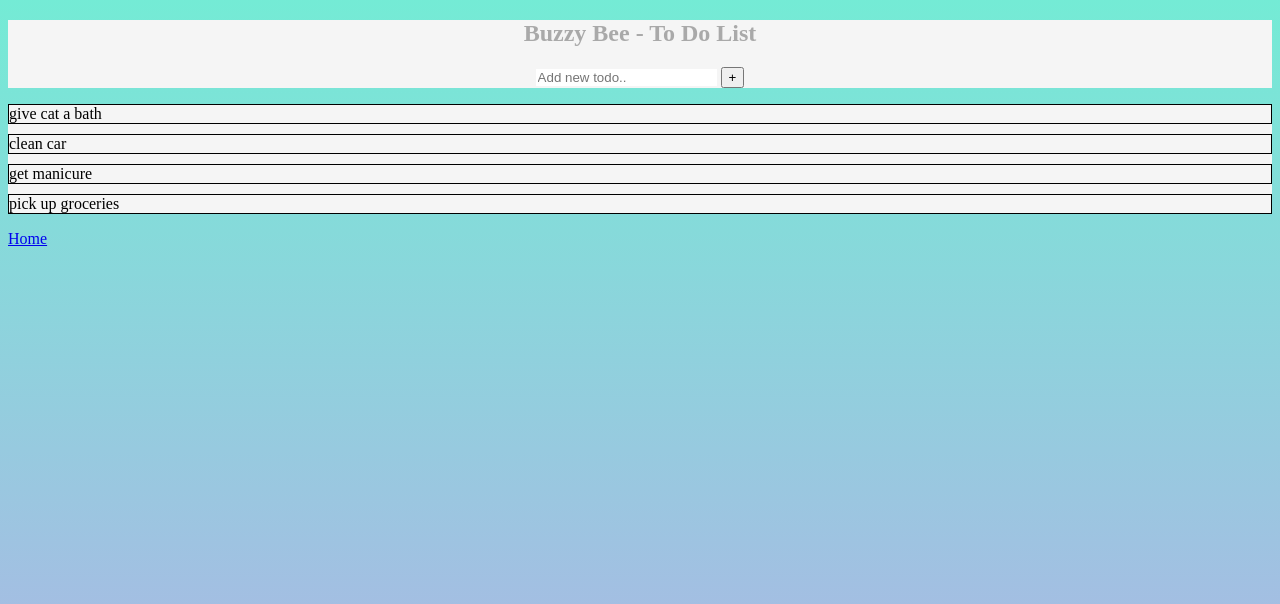
Repository: seleniadelgado/backend-spring2020-angie
Page: projects/todo/public_html/index.html
An editor plug-in stored every save of this project. The page is shown before and after the next save, followed by the edit.
The browser window is 1280 px wide. The pictures show the whole page.
The page's requests for data from a server got no answer.

Above is the page before, as saved 2020-05-12 16:04:37.

### projects/todo/public_html/index.html
<!DOCTYPE html>

<html lang="en">
    <head>
        <meta charset="utf-8">
        <title>Buzzy Bee - To Do List</title>
        <meta name="description" content="The HTML5 Herald">
        <meta name="author" content="SitePoint">
        <link rel="stylesheet" href="styles.css">
        <script
            src="https://code.jquery.com/jquery-3.5.0.min.js"
            integrity="sha256-xNzN2a4ltkB44Mc/Jz3pT4iU1cmeR0FkXs4pru/JxaQ="
            crossorigin="anonymous">
        </script>
</head>
<body>
    <div class="sectionTitle">
        <div class="appTitle">
            <h2>Buzzy Bee - To Do List</h2>
        </div>
        <div id="addNote">
            <input type="text" id="newNote" placeholder="Add new todo..">
            <button class="addBtn">+</button>
        </div>
    </div>

    <ul id="myList">
        <li>give cat a bath</li>
        <li>clean car</li>
        <li>get manicure</li>
        <li>pick up groceries</li>
    </ul>





















    <a href="http://localhost:3000/">Home</a>



    <script>
        $(document).ready(() => {
            let objectToSend = {
                note: "Do somethings",
                author: "Nick"
            }

            $.post("http://localhost:3000/newNote", objectToSend, (dataToGet) => {
                console.log(dataToGet);
            });
            $.post("http://localhost:3000/readNotes", {}, (dataToGet) => {
                let allNotesArray = dataToGet.notes;

                console.log(allNotesArray);
            })
        })

        //import the data from default user
        // make JSON into JS with parse.
        //with the list we want to populate our ul.
        //use jquery to access the dom, grab the string
        //loop over notes
        //add the note as an li to the ul
        //  Create li with jquery.
        //  target the ul with jquery and append the li.
        //note: $('<li></li>'')
        //      $('ul') -> a jquery list which holds the ul.
        //      get 1st element from the array

    </script>
</body>
</html>

### projects/todo/public_html/styles.css
html {
    background: linear-gradient(#74ebd5, #ACB6E5);
    height: 100%;
}

.sectionTitle {
    background-color: whitesmoke;
    text-align: center;
}

.appTitle {
    color: darkgray;
}
#addNote #newNote {
    border: none;
}
#myList {
    list-style: none;
    background-color: whitesmoke;
    padding: 0;

}
#myList li {
    border: solid black 1px;
    margin-bottom: 10px;
}

After the next save:
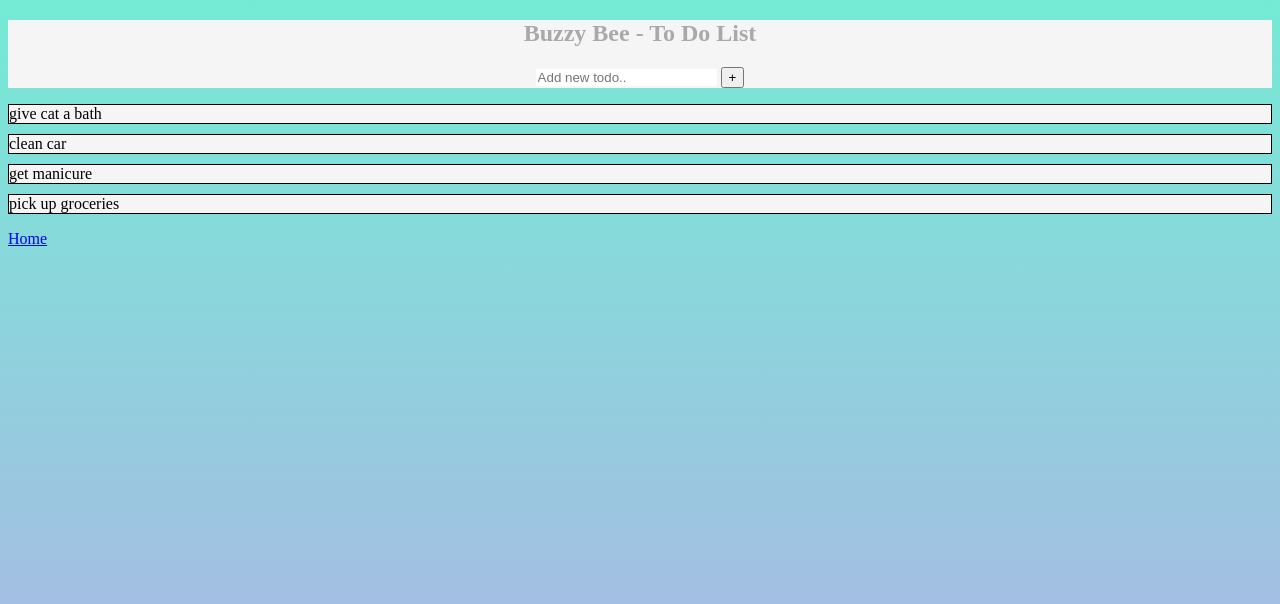
Saved 22 s later.
--- a/projects/todo/public_html/styles.css
+++ b/projects/todo/public_html/styles.css
@@ -16,11 +16,11 @@ html {
 }
 #myList {
     list-style: none;
-    background-color: whitesmoke;
     padding: 0;
 
 }
 #myList li {
     border: solid black 1px;
     margin-bottom: 10px;
+    background-color: whitesmoke;
 }
